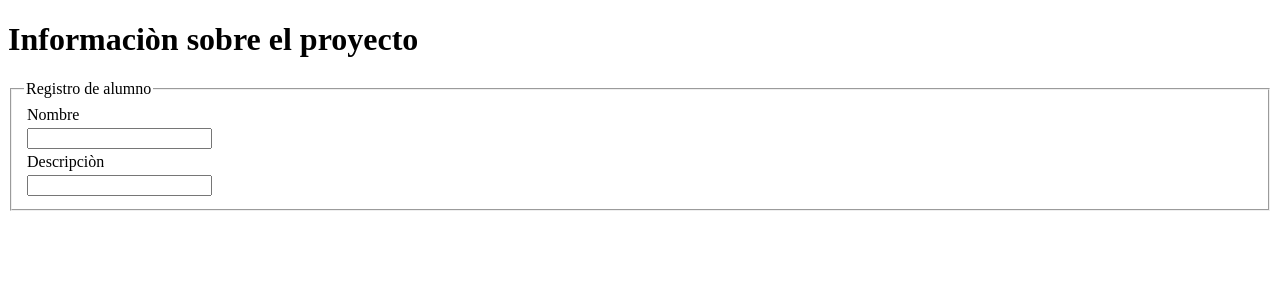
Repository: hoscanoa/Clases-LPII
Page: LPIISemana01/LPII-Semana01/WebContent/inicio.html
An editor plug-in stored every save of this project. The page is shown before and after the next save, followed by the edit.
The browser window is 1280 px wide. The pictures show the whole page.

Above is the page before, as saved 2014-09-18 21:59:26.

### LPIISemana01/LPII-Semana01/WebContent/inicio.html
<!DOCTYPE html PUBLIC "-//W3C//DTD HTML 4.01 Transitional//EN" "http://www.w3.org/TR/html4/loose.dtd">
<html>
<head>
<meta http-equiv="Content-Type" content="text/html; charset=ISO-8859-1">
<title>Insert title here</title>
</head>
<body>
	<h1>Informaciòn sobre el proyecto</h1>
	<form action="">
		<fieldset>
			<legend>Registro de alumno</legend>
			<table>
				<tr>
				<td>Nombre</td>
				</tr>
				<tr>
					<td><input type="text" name="nombre"></td>
				</tr>
				<tr>
				<td>Descripciòn</td>
				</tr>
				<tr>
					<td><input type="text" name="descripcion"></td>
				</tr>
			</table>
		</fieldset>
	</form>

</body>
</html>

After the next save:
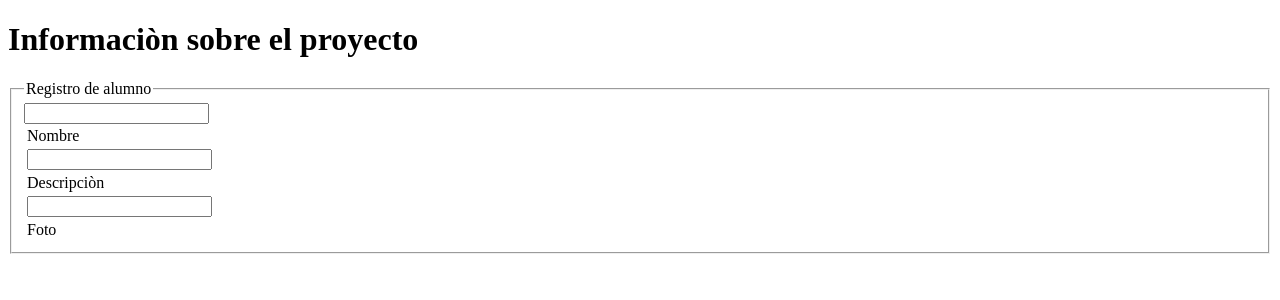
Saved 48 s later.
--- a/LPIISemana01/LPII-Semana01/WebContent/inicio.html
+++ b/LPIISemana01/LPII-Semana01/WebContent/inicio.html
@@ -22,6 +22,13 @@
 				<tr>
 					<td><input type="text" name="descripcion"></td>
 				</tr>
+
+				<tr>
+				<td>Foto</td>
+
+					<input type="text" name="descripcion">
+				</tr>
+
 			</table>
 		</fieldset>
 	</form>
